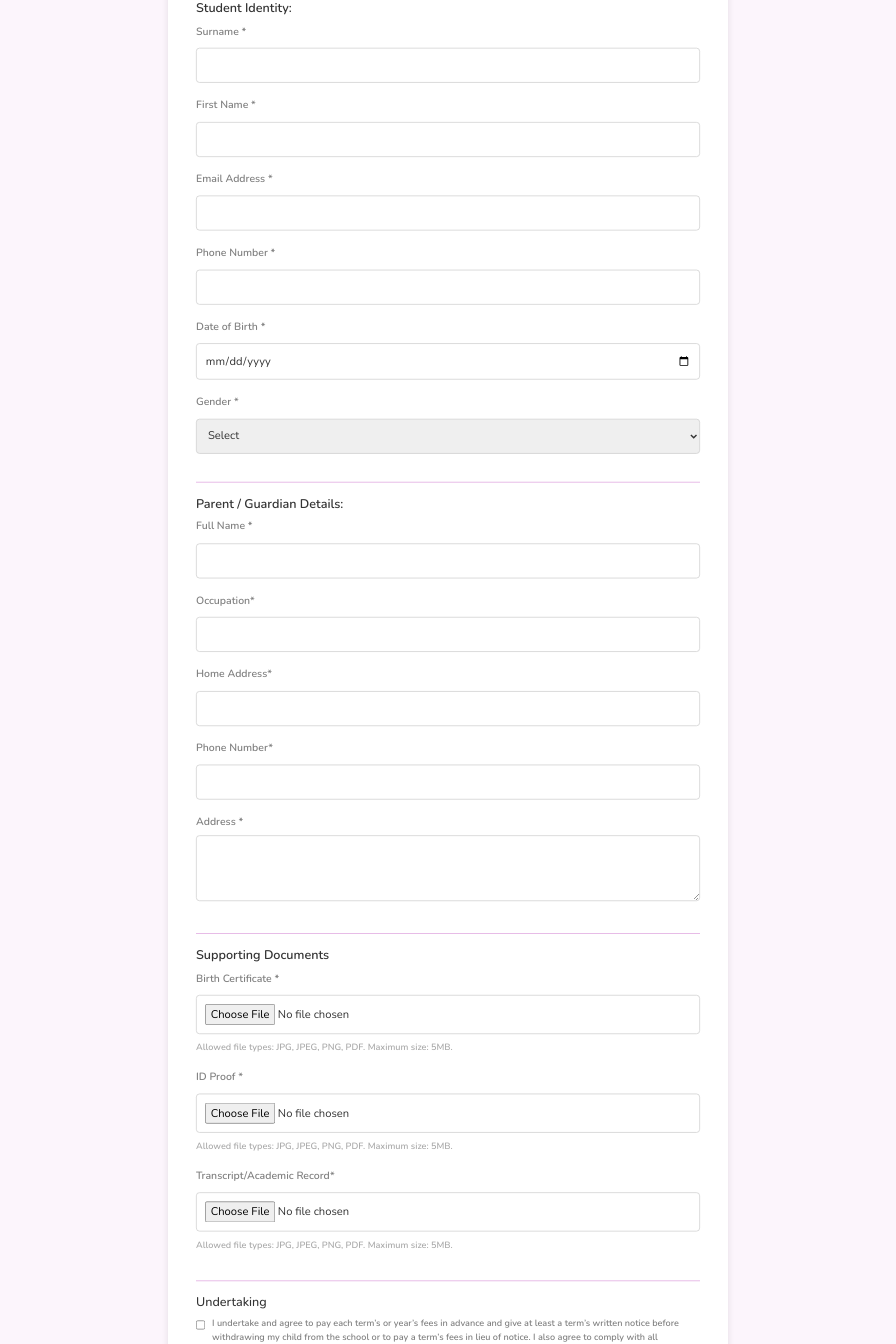
Repository: AdeniranZion/RC-Academy
Page: http://localhost/admission_form.php
These files come from the project's save history. The page is drawn as it stood at one moment and after the next save; the edit follows.
The browser window is 1280 px wide. The pictures show the part of the page from y = 845 to 2765 px (the page is 3820 px tall before and 3715 px after), at 70% of full size.
Some web libraries are served in a nearby version. The page is run by PHP 8.4 with error messages shown; the project is at /var/www/html/. Style sheets and scripts are compiled from the project's sources, by tool versions that may differ from the author's.

Above is the page before, as saved 2024-06-24 08:49:42.
Console error: TypeError: Cannot set properties of null (setting 'onclick')

### admission_form.php

<?php include_once "partials/header.php"; ?>

<?php
    // Generate a random prefix consisting of two uppercase letters
    $prefix = chr(rand(65, 90)) . chr(rand(65, 90)); // Random uppercase letters (e.g., "AB", "XY", etc.)

    // Static parts of the form code
    $datePart = date('y-m'); // Year and month (e.g., 24-06)

    // Assuming you have a counter or can retrieve the last used form number from a database
    // Example: Replace with your logic to get the last form number and increment it
    $lastFormNumber = 9; // Example: Get the last form number from a database or file

    // Increment the last form number to generate a new unique form number
    $newFormNumber = $lastFormNumber + 1;

    // Generate the full form code
    $formCode = "{$prefix}-{$datePart}-" . sprintf('%05d', $newFormNumber); // Example: "AB-24-06-00010"

    // Output the form number in your HTML
?>



<!DOCTYPE html>
<html lang="en">
<head>
    <meta charset="UTF-8">
    <meta name="viewport" content="width=device-width, initial-scale=1.0">
    <title>School Admission Form</title>
    <link rel="stylesheet" href="style.css"> <!-- Link to your CSS file for styling -->
</head>

<style>
    body {
        background-color: #fcf5fc;

    }
    .form-container {
            max-width: 800px;
            margin: 30px auto;
            padding: 40px;
            background-color: #fff;
            /* background-color: #fcf5fc; */
            border-radius: 8px;
            font-size: 1.5rem;
            box-shadow: 0 0 10px rgba(0, 0, 0, 0.1);
        }
        .form-header {
            text-align: center;
            margin-bottom: 20px;
        }
        .form-header img {
            max-width: 100px;
            height: auto;
            margin-bottom: 10px;
        }
        .form-header h1 {
            font-size: 2.8rem;
            margin: 10px 0;
            font-weight: bolder;
            color: #333;
        }
        .form-subtitle {
            font-size: 1.8rem;
            margin-bottom: 20px;
            font-weight: bolder;
            color: #666;
        }
        .form-section {
            margin-bottom: 30px;
        }
        .form-section h2 {
            font-size: 1.8rem;
            margin-bottom: 10px;
            color: #333;
        }
        .form-section p {
            font-weight: bolder;
        }
        .form-group {
            margin-bottom: 20px;
        }
        label {
            font-weight: bold;
            display: block;
            margin-bottom: 8px;
            color: grey;
        }
        input[type="text"],
        input[type="email"],
        input[type="tel"],
        input[type="date"],
        select,
        input[type="file"] {
        width: 100%;
        padding: 12px;
        border: 1px solid #ccc;
        border-radius: 5px;
        font-size: 1.6rem;
        margin-top: 5px;
        color: #333;
    }
        textarea {
            width: 100%;
            padding: 10px;
            font-size: 1.2rem;
            border: 1px solid #ccc;
            border-radius: 5px;
            box-sizing: border-box;
        }
        .upload-box {
            border: 2px solid #ccc;
            padding: 20px;
            max-width: 150px;
            text-align: center;
            cursor: pointer;
            margin-bottom: 20px;
            overflow: hidden;
            position: relative;
            align-self: center;
        }
        .upload-box:hover {
            border-color: #e070dd;
            background-color: #f5ecf4;
        }
        .upload-box label {
            display: block;
            margin-bottom: 10px;
            color: #333;
        }
        .upload-box .upload-icon {
            font-size: 3rem;
            color: #336699;
        }
        .upload-box input[type="file"] {
            position: absolute;
            top: 0;
            left: 0;
            opacity: 0;
            width: 100%;
            height: 100%;
            cursor: pointer;
        }
        .upload-box p {
            margin-top: 10px;
            color: red;
            font-size: 1.2rem;
        }
        .section-divider {
            border: none;
            border-top: 1px solid plum; /* Thin solid line */
            margin: 20px 0; /* Adjust margin as needed */
            clear: both; /* Ensures no floating elements */
        }

        .form-group small {
            display: block;
            color: #666;
            font-size: 0.9rem;
            margin-top: 5px;
        }
        .form-group p{
            margin-top: 10px;
            font-size: 1.3rem;
            color: #aaa;
        }
        .form-submit {
            text-align: center;
            margin: 10px;
            padding: 1.2rem 1.4rem;
        }

        /* Styling for checkbox and label in a single line */
        .checkbox-group {
            display: flex;
            align-items: flex-start; /* Aligns checkbox with the top of the label text */
            gap: 10px; /* Space between checkbox and label */
        }

        .checkbox-group input[type="checkbox"] {
            margin-top: 5px; /* Slight adjustment to align with the text */
        }

        .checkbox-group label {
            font-size: 1.3rem; /* Slightly smaller text for the label */
            line-height: 1.5; /* Better readability */
            margin: 0; /* Remove default margin */
        }

        /* Styling for buttons */
        .form-submit .btn {
            padding: 10px 20px;
            margin: 0 5px;
            background-color: #336699;
            /* color: white; */
            border: none;
            cursor: pointer;
            font-size: 1.5rem;
            font-weight: bolder;
            transition: background-color 1s ease;
        }

        .form-submit .btn:disabled {
            background-color: #ccc; /* Greyed out color */
            cursor: not-allowed; /* Cursor indicates the button is not clickable */
        }

</style>

<body>

<div class="form-container">
    <div class="form-header">
        <img src="images/RCALogo.png" alt="School Logo">
        <h1>Royal Coast Academy Admission Form</h1>
        <p class="form-subtitle">CRÈCHE, NURSERY & PRIMARY SCHOOLS</p>
        <h2>Admission Form</h2>
    <hr class="section-divider">
    </div>
    <div class="upload-box">
            <label for="passport-photo">Click to upload Photo</label>
            <input type="file" id="passport-photo" name="passport-photo" accept="image/*" required>
            <i class="upload-icon fas fa-cloud-upload-alt"></i>
            <p>*required</p>
    </div>

    <div class="form-section">
        <p>Application Date: <?php echo date('j F Y'); ?></p>
        <p>Form Number: <?php echo $formCode; ?></p>
        <hr class="section-divider">
        <p style="font-style: italic; font-weight:normal">Please fill this form appropriately before the date of examination. Note down your form number as it is the unique id that sets your form apart from others.</p>

        <!-- Divider line -->
        <hr class="section-divider">

        <form action="process_admission.php" method="POST" class="admission-form">
            <h2 style="font-weight: bolder;">Student Identity:</h2>
            <div class="form-group">
                <label for="surname">Surname *</label>
                <input type="text" id="surname" name="surname" required>
            </div>

            <div class="form-group">
                <label for="first-name">First Name *</label>
                <input type="text" id="first-name" name="first-name" required>
            </div>

            <div class="form-group">
                <label for="email">Email Address *</label>
                <input type="email" id="email" name="email" required>
            </div>

            <div class="form-group">
                <label for="phone">Phone Number *</label>
                <input type="tel" id="phone" name="phone" required>
            </div>

            <div class="form-group">
                <label for="dob">Date of Birth *</label>
                <input type="date" id="dob" name="dob" required>
            </div>

            <div class="form-group">
                <label for="gender">Gender *</label>
                <select id="gender" name="gender" required>
                    <option value="">Select</option>
                    <option value="male">Male</option>
                    <option value="female">Female</option>
                    <option value="other">Other</option>
                </select>
            </div>

            <hr class="section-divider" style="margin-top: 40px;">

            <h2 style="font-weight: bolder;">Parent / Guardian Details:</h2>
            <div class="form-group">
                <label for="surname">Full Name *</label>
                <input type="text" id="surname" name="surname" required>
            </div>

            <div class="form-group">
                <label for="first-name">Occupation*</label>
                <input type="text" id="first-name" name="first-name" required>
            </div>

            <div class="form-group">
                <label for="first-name">Home Address*</label>
                <input type="text" id="first-name" name="first-name" required>
            </div>

            <div class="form-group">
                <label for="first-name">Phone Number*</label>
                <input type="text" id="first-name" name="first-name" required>
            </div>

            <div class="form-group">
                <label for="address">Address *</label>
                <textarea id="address" name="address" rows="4" required></textarea>
            </div>

            <hr class="section-divider" style="margin-top: 40px;">

            <!-- Supporting Documents Upload Section -->
        <div class="form-group">
            <h2 style="font-weight: bolder;">Supporting Documents</h2>
            <label for="birth-certificate">Birth Certificate *</label>
            <input type="file" id="birth-certificate" name="birth_certificate" accept=".jpg, .jpeg, .png, .pdf" required>
            <p class="file-instructions">Allowed file types: JPG, JPEG, PNG, PDF. Maximum size: 5MB.</p>
        </div>

        <div class="form-group">
            <label for="id-proof">ID Proof *</label>
            <input type="file" id="id-proof" name="id_proof" accept=".jpg, .jpeg, .png, .pdf" required>
            <p class="file-instructions">Allowed file types: JPG, JPEG, PNG, PDF. Maximum size: 5MB.</p>
        </div>

        <div class="form-group">
            <label for="id-proof">Transcript/Academic Record*</label>
            <input type="file" id="id-proof" name="id_proof" accept=".jpg, .jpeg, .png, .pdf" required>
            <p class="file-instructions">Allowed file types: JPG, JPEG, PNG, PDF. Maximum size: 5MB.</p>
        </div>


        </form>
    </div>

    <hr class="section-divider" style="margin-top: 40px;">

    <div class="form-section">
        <h2>Undertaking</h2>
        <form action="process_admission.php" method="POST" class="admission-form">
            <div class="form-group checkbox-group">
                <input type="checkbox" id="undertaking" name="undertaking" required>
                <label for="undertaking">
                    I undertake and agree to pay each term’s or year’s fees in advance and give at least a term’s written notice before withdrawing my child from the school or to pay a term’s fees in lieu of notice. I also agree to comply with all conditions stipulated in your school prospectus which I have read carefully with full understanding. *
                </label>
            </div>
            <hr class="section-divider">

            <div class="form-submit">
                <button type="submit" class="btn" id="submit-button" disabled>Submit</button>
                <button type="button" class="btn">Cancel</button>
            </div>
        </form>
    </div>
</div>

<!-- Divider line -->


<?php include_once "partials/footer.php"; ?>

<script>
    document.addEventListener("DOMContentLoaded", function() {
        const checkbox = document.getElementById("undertaking");
        const submitButton = document.getElementById("submit-button");

        // Event listener for the checkbox
        checkbox.addEventListener("change", function() {
            // Toggle the disabled property based on the checkbox state
            submitButton.disabled = !checkbox.checked;
        });
    });
</script>


</body>
</html>

### partials/header.php
 <!--HTML BEGINS-->
<!doctype html>
<html lang="en">
  <head>

  <script src="https://cdn.jsdelivr.net/npm/aos@2.3.4/dist/aos.js"></script>
  <link rel="stylesheet" href="https://cdn.jsdelivr.net/npm/aos@2.3.4/dist/aos.css">
<link rel="stylesheet" href="css/qlstyle.css">
<link rel="stylesheet" href="https://cdn.jsdelivr.net/npm/bootstrap@4.5.3/dist/css/bootstrap.min.css" integrity="sha384-TX8t27EcRE3e/ihU7zmQxVncDAy5uIKz4rEkgIXeMed4M0jlfIDPvg6uqKI2xXr2" crossorigin="anonymous">
<link rel="stylesheet" href="https://cdn.jsdelivr.net/npm/bootstrap-icons@1.11.3/font/bootstrap-icons.min.css">
<link rel="stylesheet" href="https://cdnjs.cloudflare.com/ajax/libs/font-awesome/6.3.0/css/all.min.css">
<link rel="stylesheet" href="https://unpkg.com/swiper@7/swiper-bundle.min.css">


  <title>Royal Coast Academy</title>
    <!-- Required meta tags -->
    <meta charset="UTF-8">
   <meta http-equiv="X-UA-Compatible" content="IE=edge">
   <meta name="viewport" content="width=device-width, initial-scale=1.0">



   <!-- swiper css link  -->
   <link rel="stylesheet" href="https://unpkg.com/swiper@7/swiper-bundle.min.css" />
   <link rel="stylesheet" href="https://fontawesome.com/icons/phone?s=solid&f=classic" />

   <!-- custom css file link  -->
   <link rel="stylesheet" href="css/style.css">
   <link rel="stylesheet" href="css/aos.css">



<!-- //Go to top Button -->
<button onclick="topFunction()" class="top-btn" id="myBtn" title="Go to top"><img width="50%" src="images/chevron_up1.png" alt=""></button>
</head>

<body>


<!-- header section starts  -->
<div class="scroll-div">
    <div class="scroll-wrapper">
      <div class="scroll-text">
        <h1>Have any questions? <i class="fa-solid fa-phone"></i> Call us on +2348027664776 +2347059695895 +2349030009521 <i class="fa-solid fa-envelope"></i> royalcoastacademy@gmail.com or <i class="fa-solid fa-location-dot"></i> Visit us @ 10 Oluwole Daramola Crescent, Isheri Oke 102109, Ojodu Berger, Ogun State.</h1>
      </div>
    </div>
  </div>



<header class="header">


   <a href="#" class="logo">
      <img src="images/RCALogo.png" width="45" alt="Royal Coast Academy Logo">
      Royal Coast Academy
   </a>


   <nav class="navbar">

         <div id="close-navbar" class="fa-sharp fa-solid fa-xmark"></div>

         <?php
            $file_names = ['index.php', 'calendar.php', 'contact.php', 'about.php', 'courses.php', 'admissions.php', 'admission_form.php'];
            $current_page = basename($_SERVER['PHP_SELF']);
            $links = array(
               array('text' => 'HOME', 'href' => 'index.php'),
               array('text' => 'ABOUT US', 'href' => 'about.php'),
               array('text' => 'ADMISSIONS', 'href' => 'admissions.php'),
               array('text' => 'EVENTS', 'href' => 'calendar.php'),
               array('text' => 'CONTACT US', 'href' => 'contact.php'),
            );

            echo '<nav>'; // Start the navigation container

            foreach ($links as $link) {
               // Check if the link is the current page or if it's the admissions link when on admission_form.php
               $style = ($link['href'] == $current_page || ($link['href'] == 'admissions.php' && $current_page == 'admission_form.php')) ? 'style="color: #e070dd;"' : '';

               if ($link['text'] == 'ADMISSIONS') {
                  echo '<div class="dropdown">';
                  echo '<a href="' . $link['href'] . '" ' . $style . '>' . $link['text'] . '</a>';
                  echo '<div class="dropdown-content">';

                  // Set style for dropdown links, excluding the current page
                  echo '<a href="admission_form.php"' . ($current_page == 'admission_form.php' ? ' style="color: #e070dd;"' : '') . '>Admission Form</a>';
                  echo '<a href="admissions.php"' . ($current_page == 'admissions.php' ? ' style="color: #e070dd;"' : '') . '>Admission Details</a>';

                  echo '</div>';
                  echo '</div>';
               } else {
                     echo '<a href="' . $link['href'] . '" ' . $style . '>' . $link['text'] . '</a>';
               }
             }

            echo '</nav>'; // End the navigation container
?>





   </nav>

   <div class="icons">
      <div id="menu-btn" class="fa-solid fa-bars"></div>
   </div>

</header>


<script>
    AOS.init({
        duration: 800, // animation duration in milliseconds
        offset: 200, // offset (in pixels) from the top of the page for the start of the animation
        easing: 'ease-out', // easing function to use for the animation
        once: true, // only animate elements once on page load
    });

      // Refresh AOS on scroll event
      window.addEventListener('scroll', function() {
      AOS.refresh();
});
  </script>

</body>

### partials/footer.php
<!-- footer section starts  -->


<section class="footer">

   <div class="box-container">

      <div class="box">
         <h3> <img style="margin-bottom: -3%;" src="images/RCALogo.png" width="50"> Royal Coast Academy </h3>
         <p>Empowering young minds into becoming better versions of themselves - The Leaders of tomorrow</p>
         <div class="share">
            <a href="#" class="fa-brands fa-facebook-f"></a>
            <a href="#" class="fa-brands fa-twitter"></a>
            <a href="https://www.instagram.com/royalcoastacademy/" class="fa-brands fa-instagram"></a>
            <a href="#" class="fa-brands fa-linkedin"></a>
            <a href="https://wa.me/+2348027664776" class="fa-brands fa-whatsapp"></a>
         </div>
      </div>

      <div class="box">
         <h3>Reach Us</h3>
         <a href="tel:+2348027664776" class="link"><i class="fa-solid fa-phone"></i> <span> +234 802 766 4776</span></a>
         <a href="mailto:admissions@schoolname.com" class="link"><i class="fa-sharp fa-solid fa-envelope"></i> admissions@royalcoastacademy.com</a>
         <a class="link"><i class="fa-solid fa-clock"></i><span> Mon — Fri: 8:00 AM — 4:00 PM (GMT+1)
         </span></a>
         <a href="https://www.google.com/maps/place/Royal+Coast+Academy/@6.6436294,3.3875633,17z/data=!4m15!1m8!3m7!1s0x103b937ae5824571:0xccc23bd1c27304eb!2s10+Oluwole+Daramola+Cres,+Isheri+Oke+102109,+Ojodu+Berger,+Ogun+State!3b1!8m2!3d6.6436294!4d3.3875633!16s%2Fg%2F11sk8n63bg!3m5!1s0x103b9320de5d0e97:0x8af30d24481b53f6!8m2!3d6.6436294!4d3.3875633!16s%2Fg%2F11smwgcrfj" class="link"><i class="fa-solid fa-location-dot"></i><span> 10 Oluwole Daramola, Off Mabinuori, Opic Bus stop, Lagos - Ibadan Expressway, Ogun State.</span></a>
      </div>

      <div class="box">
         <h3>Quick links</h3>
         <a href="admissions.php" class="link">Admissions</a>
         <a href="calendar.php" class="link">News and Events</a>
         <a href="photogallery.php" class="link">Photo Gallery</a>
         <a href="unavailable.php" class="link">Parents Forum</a>
         <a href="unavailable.php" class="link">Job Oppurtunities</a>
         <a href="faq.php" class="link">Help and Support</a>
      </div>

      <div class="box">
         <h3>newsletter</h3>
         <p>Subscribe for latest upadates</p>
         <form action="">
            <input type="email" name="" placeholder="enter your email" id="" class="email">
            <input type="submit" value="subscribe" class="btn">
         </form>
      </div>

   </div>

   <div class="credit">&copy; <?php echo date("Y");?> Royal Coast Academy. all rights reserved. </div>

</section>

<!-- footer section ends -->







<!-- swiper js link  -->
<script src="https://unpkg.com/swiper@7.4.1/swiper-bundle.min.js"></script>

<!-- custom js file link  -->
<script src="js/script.js"></script>
<script src="js/aos.js"></script>

### css/aos.css
/* Fade-in from the right animation */
[data-aos="fade-right"] {
    opacity: 0;
    transform: translateX(100px);
    transition: opacity 0.6s ease-out, transform 0.6s ease-out;
  }

  [data-aos="fade-right"].aos-animate {
    opacity: 1;
    transform: translateX(0);
  }

Loaded but not shown: js/script.js (156 lines, source omitted); js/aos.js (24 lines, source omitted); css/style.css (1695 lines, source omitted); css/style.scss (1003 lines, source omitted); css/qlstyle.css (370 lines, source omitted)

After the next save:
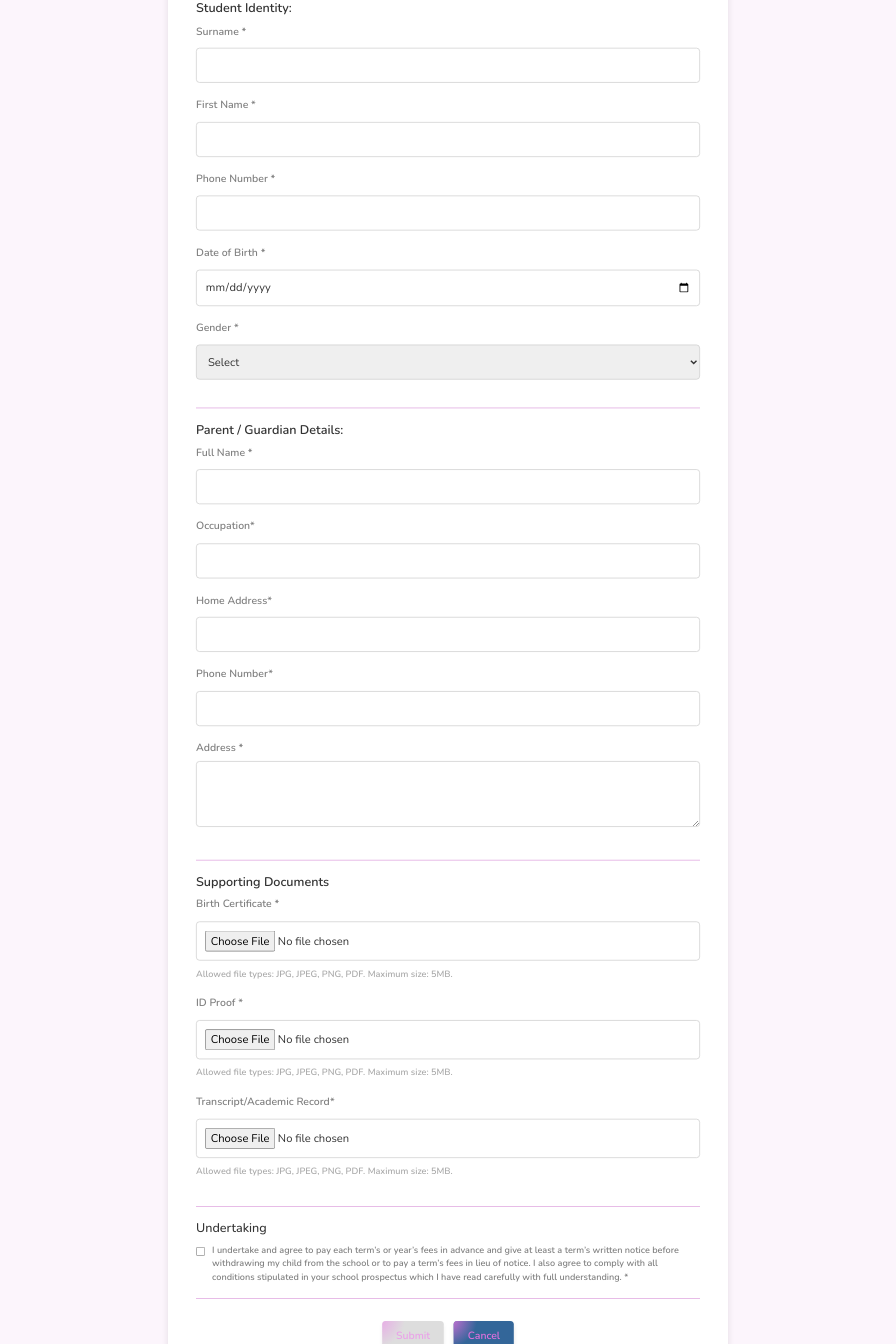
Saved 9 min 51 s later.
--- a/admission_form.php
+++ b/admission_form.php
@@ -248,11 +248,6 @@
             </div>
 
             <div class="form-group">
-                <label for="email">Email Address *</label>
-                <input type="email" id="email" name="email" required>
-            </div>
-
-            <div class="form-group">
                 <label for="phone">Phone Number *</label>
                 <input type="tel" id="phone" name="phone" required>
             </div>
